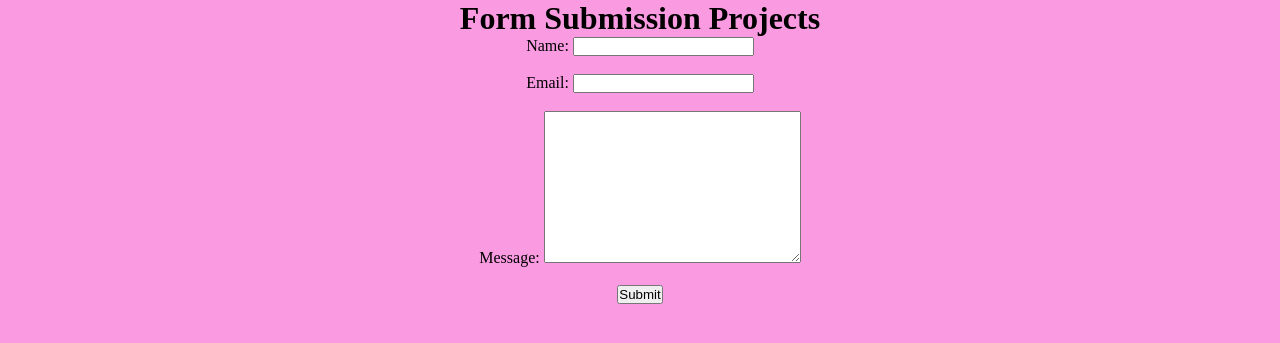
Repository: labib108/ostad-php
Page: projects/formSubmission/index.html
The author's editor kept a copy of each file at every save. The page is drawn from the files as they stood at one save, then again after the next save.
The browser window is 1280 px wide. The pictures show the whole page.

Above is the page before, as saved 2023-03-21 13:35:19.

After the next save:
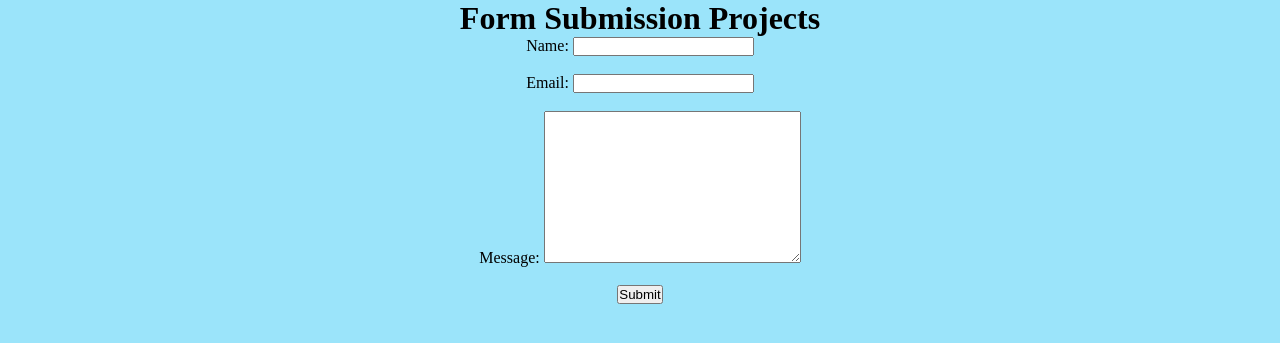
Saved 8 s later.
--- a/projects/formSubmission/style.css
+++ b/projects/formSubmission/style.css
@@ -5,5 +5,5 @@
 }
 body{
     text-align: center;
-    background-color: #fa9be2;
+    background-color: #9be4fa;
 }
